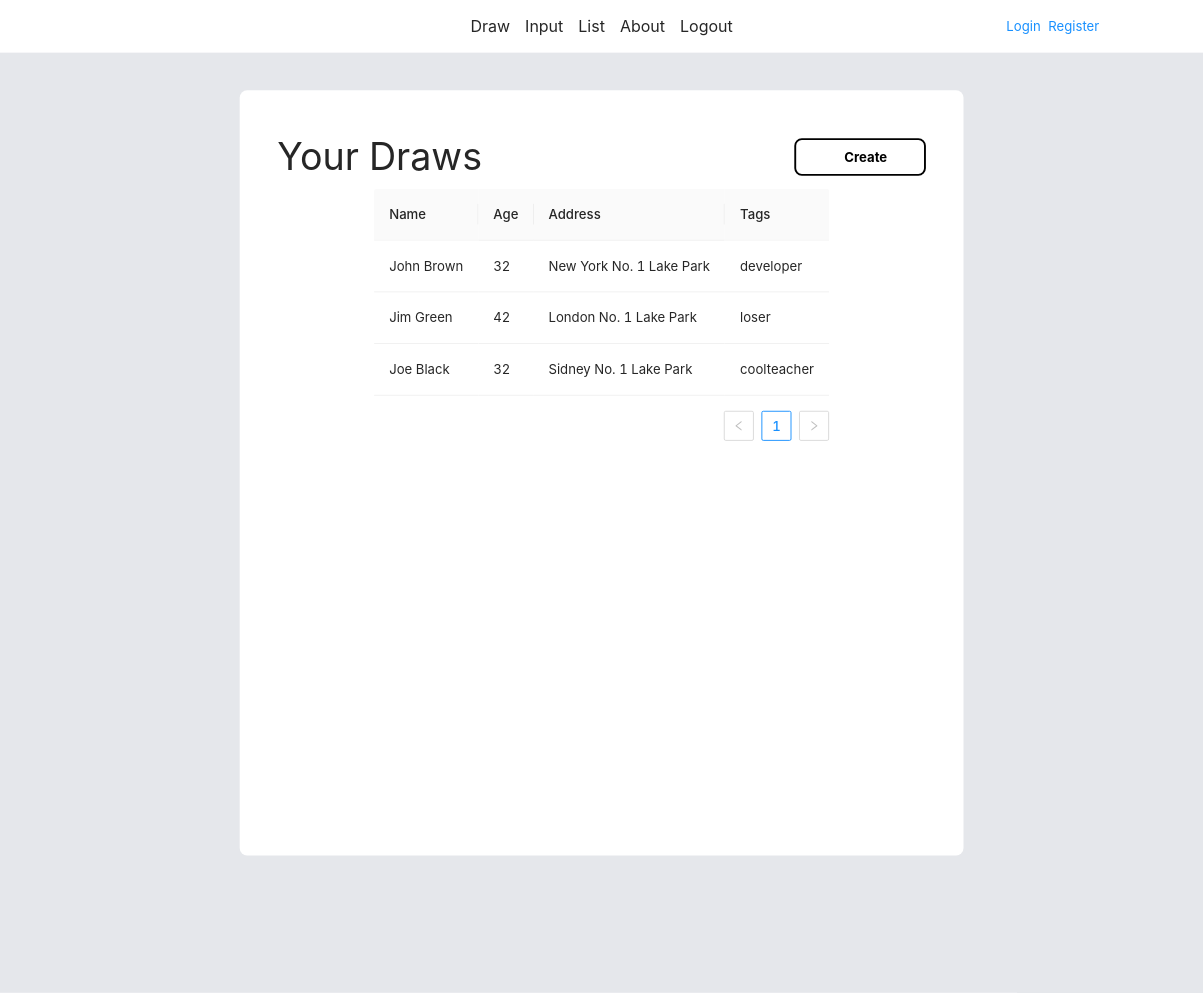
Repository: truongnguyenuit/DrawApp
Page: /draw/list (app in client/)
The author's editor kept a copy of each file at every save. The page is drawn from the files as they stood at one save, then again after the next save.
The browser window is 1280 px wide. The pictures show the whole page, at 94% of full size.
The page's requests for data from a server got no answer. The project was rebuilt for these pictures with package versions that can differ from the ones it lists, and the page was loaded fresh each time. The framework's server and built-in components were replaced by stand-ins that run in the browser. No one was signed in, and anything a server would have sent is missing. Also part of the build but not shown: client/next.config.js.

Above is the page before, as saved 2022-08-20 18:55:02.

After the next save:
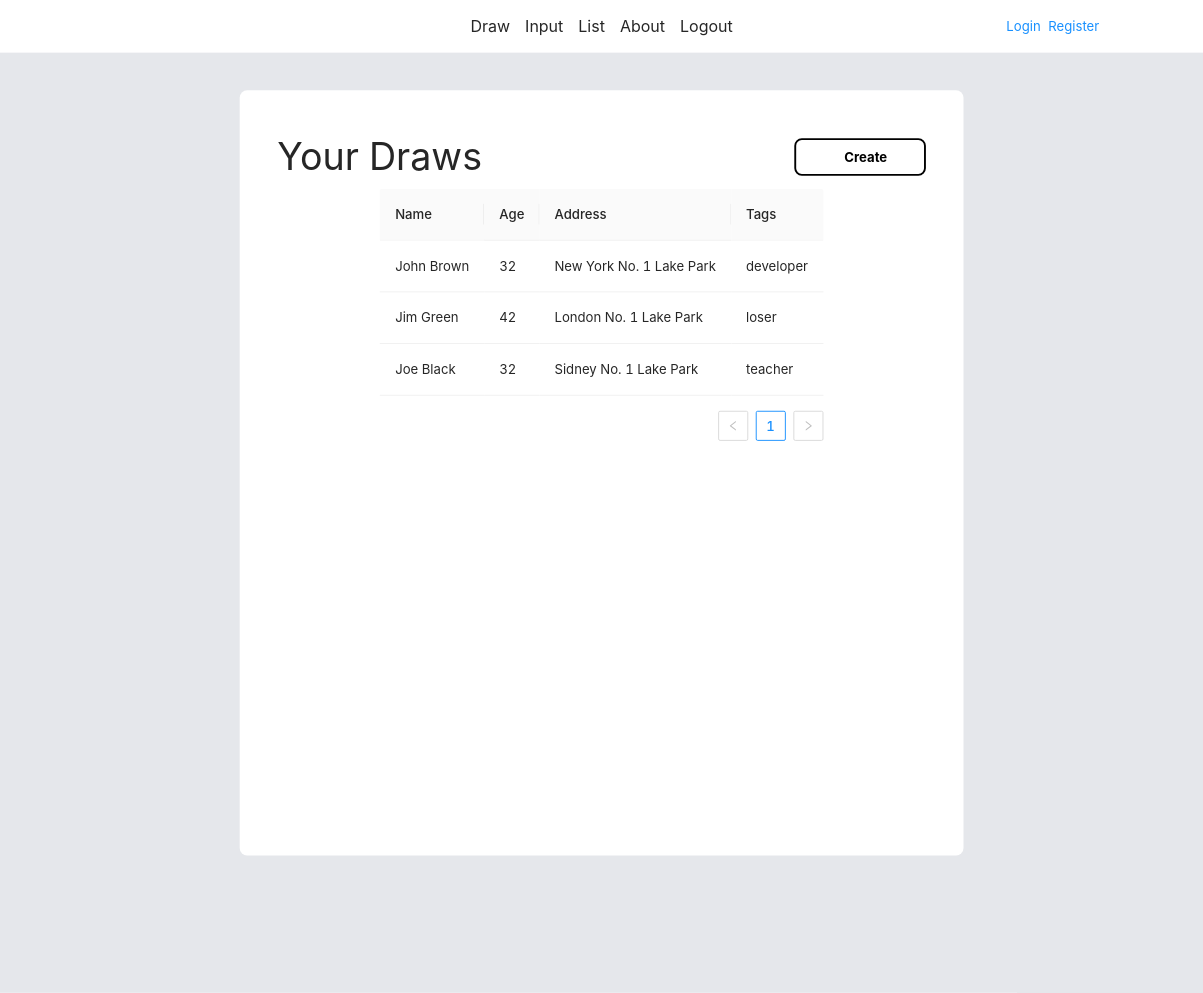
Saved 6 s later.
--- a/client/pages/draw/list.js
+++ b/client/pages/draw/list.js
@@ -46,7 +46,7 @@ const data = [
     name: 'Joe Black',
     age: 32,
     address: 'Sidney No. 1 Lake Park',
-    tags: ['cool', 'teacher'],
+    tags: 'teacher',
   },
 ];
 
